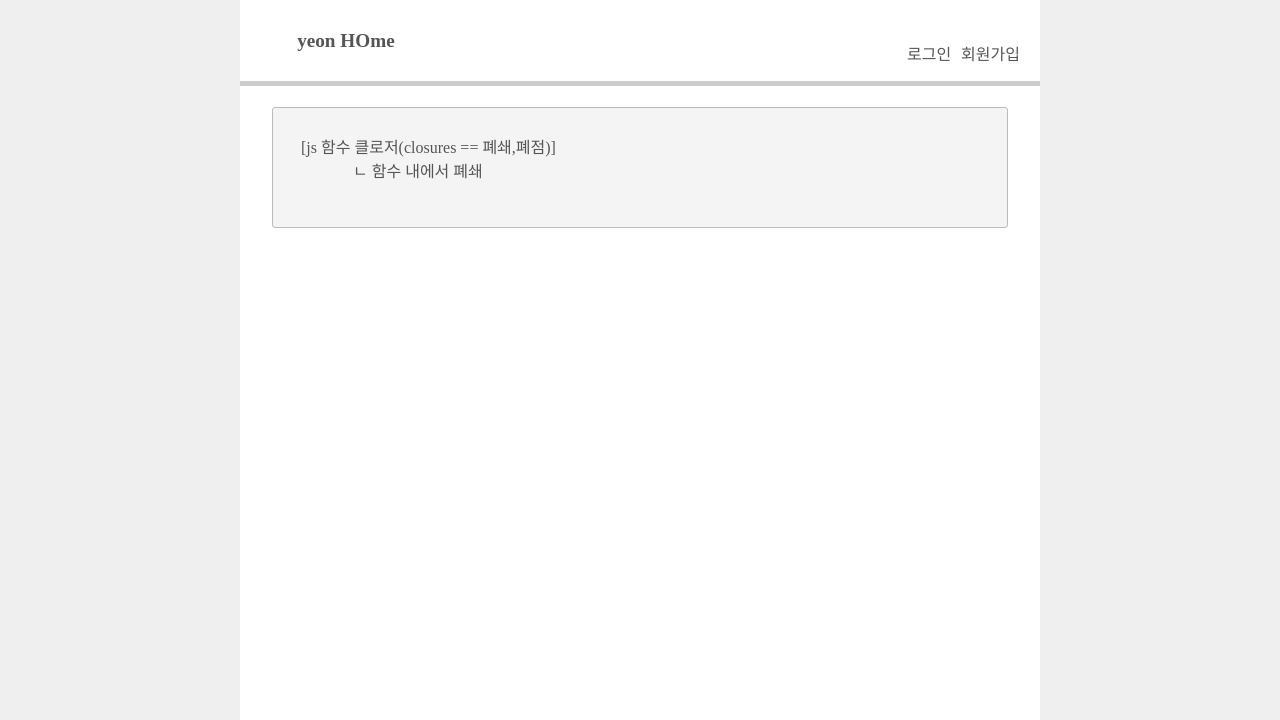
Repository: yeonhwa323/webPro
Page: webPro/src/main/webapp/javascript/days07/ex13.html
The author's editor kept a copy of each file at every save. The page is drawn from the files as they stood at one save, then again after a run of saves.
The browser window is 1280 px wide. The pictures show the whole page.
Some web fonts or font styles are not loaded; a fallback is used.

Above is the page before, as saved 2024-04-15 06:10:21.

### webPro/src/main/webapp/javascript/days07/ex13.html
<!DOCTYPE html>
<html>
<head>
<meta charset="UTF-8">
<meta name="viewport" content="width=device-width, initial-scale=1.0">
<title>Insert title here</title>
<link rel="shortcut icon" type="image/x-icon" href="http://localhost/webPro/images/SiSt.ico">
<script src="https://ajax.googleapis.com/ajax/libs/jquery/3.7.1/jquery.min.js"></script>
<link rel="stylesheet" href="http://localhost/webPro/resources/cdn-main/example.css">
<script src="http://localhost/webPro/resources/cdn-main/example.js"></script>
<style>
 span.material-symbols-outlined{
   vertical-align: text-bottom;
 }
</style>
</head>
<body>
<header>
  <h1 class="main"><a href="#" style="position: absolute;top:30px;">yeon HOme</a></h1>
  <ul>
    <li><a href="#">로그인</a></li>
    <li><a href="#">회원가입</a></li>
  </ul>
</header>
<div>
  <xmp class="code">
   [js 함수 클로저(closures == 폐쇄,폐점)]
   		ㄴ 함수 내에서 폐쇄

  </xmp>
</div>
</body>
</html>

### webPro/src/main/webapp/resources/cdn-main/example.css
@charset "UTF-8";

@import url('https://fonts.googleapis.com/css2?family=Material+Symbols+Outlined:opsz,wght,FILL,GRAD@20..48,100..700,0..1,-50..200');

@font-face {
    font-family: 'GmarketSansMedium';
    src: url('https://cdn.jsdelivr.net/gh/projectnoonnu/noonfonts_2001@1.1/GmarketSansMedium.woff') format('woff');
    font-weight: normal;
    font-style: normal;
}

:root {
	--text-color: #555;
	--sub-text-color: #777;
	--back-color: #EFEFEF;
	--header-color: #444;
	--primary-color: #DEDEDE;
	--secondary-color: #EFEFEF;
	--default-width: 800px;
	--narrow-width: 500px;
	--wide-width: 1200px;
	--text-font: 'GmarketSansMedium';
	--icon-font: 'Material Symbols Outlined';
	--border-color: #CCC;
}

html, body {
	margin: 0;
	padding: 0;
}

html {
	background-color: var(--back-color);
	display: flex;
	justify-content: center;
	min-height: 100vh;
}

body, body.default {
	width: var(--default-width);
	background-color: white;
	padding-bottom: 120px;
}

body.wide {
	width: var(--wide-width);
}

body.narrow {
	width: var(--narrow-width);
}



body, p, div, span, a, input, select, option, textarea, button, table, th, td, label, fieldset, legend {
	font-family: var(--text-font);
	color: var(--text-color);
}

h1, h2, h3 {
	font-family: var(--text-font);
	color: var(--header-color);
	padding: 0 1rem;
	padding-top: .5rem;
}

div > h1, div > h2, div > h3 {
	padding: 0;
}

body > div, body > main > div {
	padding: 0.3rem 1rem;
}


h1 { font-size: 2rem; border-bottom: 1px solid var(--border-color); }
h1 small { font-size: 1.2rem; color: var(--sub-text-color); }
h2 { font-size: 1.5rem; border-bottom: 1px dashed var(--border-color); }
h2 small { font-size: 1.1rem; color: --sub-text-color; }
h3 { font-size: 1.2rem; }
h3 small { font-size: 1rem; color: --sub-text-color; }



h1.main::before {
	font-family: var(--icon-font);
  	content: '\e666';
  	margin-right: 10px;
  	float: left;
	font-size: 2.5rem;
}

h1.sub::before {
	font-family: var(--icon-font);
  	content: '\ea19';
  	margin-right: 10px;
  	float: left;
	font-size: 2.5rem;
}


h1.page::before {
	font-family: var(--icon-font);
  	content: '\e0e0';
  	margin-right: 10px;
  	float: left;
	font-size: 2.5rem;
}

body > header > ul > li > .active{
	background-color: #FFF;
	color:#F00;
}

body > header {
	display: flex;
	justify-content: space-between;
	border-bottom: 5px solid var(--border-color);
	min-height: 74px;
	background-color: #FFF;
}

body > header.sticky {
	position: sticky;
	top: 0;
	z-index: 98;
}

body > header > h1 {
	font-size: 1.2rem;
	border: 0;
}

body > header.in > h1::before {
	font-family: var(--icon-font);
  	content: '\e332‥';
  	margin-right: 3px;
  	float: left;
	font-size: 2rem;
}


body > header > ul {
	list-style-type: none;
	display: flex;
	align-items: flex-end;
	margin-right: 10px;
}

body > header > ul > li {
	margin-right: 10px;
	cursor: pointer;
}

body > header > ul > li > a {
	cursor: pointer;
}


form {
	display: block;
}

form > div {
	padding: 0.3rem 1rem;
}

div > form > div {
	padding: 0.3rem 0;
}

input, textarea, button, select {
	border: 1px solid #BBB;
	border-radius: 3px;
	outline: none;
	resize: none;
	padding: 7px;
	margin: 0;
}

input[type=text]:read-only, textarea:read-only {
	cursor: not-allowed;
	background-color: #FFF;
}

input[type=text]:disabled, textarea:disabled {
	cursor: not-allowed;
	background-color: #EEE;
}

input[type=text], input[type=password], textarea, button, select {
	/* width: 300px; */
}

textarea {
	display: block;
	height: 100px;
}

input[type=button], input[type=submit], button {
	/* width: inherit; */
}

input.short, textarea.short, button.short, select.short {
	width: 100px;
}

input.long, textarea.long, button.long, select.long {
	width: 350px;
}

.narrow input.long, .narrow textarea.long, .narrow button.long, .narrow select.long {
	width: calc(100% - 20px);
}

input.full, textarea.full, button.full, select.full {
	width: calc(100% - 20px);
}

textarea.short {
	height: 50px;
}

textarea.long {
	height: 100px;
}

textarea.full {
	height: 200px;
}

input, textarea {
	padding-top: 8px;
}

input[type=button], input[type=submit], button {
	padding: 5px 10px;
	background-color: var(--secondary-color);
	cursor: pointer;
	min-height: 36px;
}

input[type=button].primary, input[type=submit].primary, button.primary {
	/* background-color: rgba(100, 149, 237, .2); */
	background-color: var(--primary-color);
}

input[type=button].primary:hover, input[type=submit].primary:hover, button.primary:hover {
	/* background-color: rgba(100, 149, 237, .3); */
	background-color: var(--secondary-color);
}

input[type=button]:hover, input[type=submit]:hover, button:hover {
	background-color: var(--primary-color);
}

button {
	position: relative;
	left: 0;
	top: 0;
	padding-left: 35px;
}

button .material-symbols-outlined {
	position: absolute;
	left: 10px;
	top: 4px;
}

/* k2nik add */
button.login::before {
	font-family: var(--icon-font);
  	content: '\ea77';
	position: absolute;
	left: 11px;
	top: 4px;
	font-size: 1.25rem;
}

/* k2nik logout */
button.logout::before {
	font-family: var(--icon-font);
  	content: '\e9ba';
	position: absolute;
	left: 11px;
	top: 4px;
	font-size: 1.25rem;
}

/* k2nik help */
button.help::before {
	font-family: var(--icon-font);
  	content: '\f1c0';
	position: absolute;
	left: 11px;
	top: 4px;
	font-size: 1.25rem;
}

button.add::before{
	font-family: var(--icon-font);
  	content: '\e746';
	position: absolute;
	left: 11px;
	top: 4px;
	font-size: 1.25rem;
}

button.back::before {
	font-family: var(--icon-font);
  	content: '\e166';
	position: absolute;
	left: 11px;
	top: 4px;
	font-size: 1.25rem;
}

button.list::before {
	font-family: var(--icon-font);
  	content: '\e0ee';
	position: absolute;
	left: 11px;
	top: 4px;
	font-size: 1.25rem;
}


button.del::before {
	font-family: var(--icon-font);
  	content: '\e872';
	position: absolute;
	left: 11px;
	top: 4px;
	font-size: 1.25rem;
}


button.edit::before {
	font-family: var(--icon-font);
  	content: '\e745';
	position: absolute;
	left: 11px;
	top: 4px;
	font-size: 1.25rem;
}


button.login::before {
	font-family: var(--icon-font);
  	content: '\ea77';
	position: absolute;
	left: 11px;
	top: 4px;
	font-size: 1.25rem;
}


button.logout::before {
	font-family: var(--icon-font);
  	content: '\e9ba';
	position: absolute;
	left: 11px;
	top: 4px;
	font-size: 1.25rem;
}


button.in::before {
	font-family: var(--icon-font);
  	content: '\f71a';
	position: absolute;
	left: 11px;
	top: 4px;
	font-size: 1.25rem;
}


button.out::before {
	font-family: var(--icon-font);
  	content: '\f70e';
	position: absolute;
	left: 11px;
	top: 4px;
	font-size: 1.25rem;
}


button.reply::before {
	font-family: var(--icon-font);
  	content: '\e15e';
	position: absolute;
	left: 11px;
	top: 4px;
	font-size: 1.25rem;
}


button.comment::before {
	font-family: var(--icon-font);
  	content: '\e0b9';
	position: absolute;
	left: 11px;
	top: 4px;
	font-size: 1.25rem;
}


button.modal::before {
	font-family: var(--icon-font);
  	content: '\e89e';
	position: absolute;
	left: 11px;
	top: 4px;
	font-size: 1.25rem;
}


button.ok::before {
	font-family: var(--icon-font);
  	content: '\e86c';
	position: absolute;
	left: 11px;
	top: 4px;
	font-size: 1.25rem;
}


button.cancel::before {
	font-family: var(--icon-font);
  	content: '\e5c9';
	position: absolute;
	left: 11px;
	top: 4px;
	font-size: 1.25rem;
}

button.search::before {
	font-family: var(--icon-font);
  	content: '\e8b6';
	position: absolute;
	left: 11px;
	top: 4px;
	font-size: 1.25rem;
}

button.home::before {
	font-family: var(--icon-font);
  	content: '\e88a';
	position: absolute;
	left: 11px;
	top: 4px;
	font-size: 1.25rem;
}


button.sidebar::before {
	font-family: var(--icon-font);
  	content: '\f7e4';
	position: absolute;
	left: 11px;
	top: 4px;
	font-size: 1.25rem;
}


button.sidebar-right::before {
	font-family: var(--icon-font);
  	content: '\f7e5';
	position: absolute;
	left: 11px;
	top: 4px;
	font-size: 1.25rem;
}




button::before {
	font-family: var(--icon-font);
  	content: '\e323';
	position: absolute;
	left: 11px;
	top: 4px;
	font-size: 1.25rem;
}


table {
	border-collapse: collapse;
	margin: 1rem;
	box-sizing: border-box;
	width: calc(100% - 32px);
}

table.content {
	width: auto;
}

div > table {
	margin: 0;
}

table th, table td {
	border: 1px solid var(--border-color);
	padding: 7px;
	font-weight: normal;
}

table th {
	background-color: var(--back-color);
}

table.vertical th {
	width: 150px;
}

table.vertical td {
	width: calc(100% - 182px);
	padding-left: 10px;
}

table.content td, table.content th {
	width: auto;
}

body.narrow table.vertical th {
	width: 100px;
}

body.narrow table.vertical td {
	width: calc(100% - 182px);
}


table + table {
	margin-top: 30px;
}


p {
	padding: 0 1rem;
}

a {
	text-decoration: none;
}

a:hover {
	color: rgba(255, 99, 71, .7);
}

hr {
	border: 0;
	border-top: 1px solid var(--border-color);
	margin: 2rem 0;
}

.message {
	border: 1px solid var(--border-color);
	background-color: #EFEFEF;
	margin: 1rem;
	width: auto;
	padding-top: 10px;
	padding-bottom: 10px;
	font-size: 14px;
}

.message[title]::before {
	content: attr(title);
	display: block;
	border-bottom: 1px solid var(--border-color);
	padding-bottom: 5px;
	margin-bottom: 10px;
	margin-top: 7px;
}

.message.short {
	max-width: 250px;
}

.message.long {
	max-width: 500px;
}

.badge {
	float: right;
	font-size: .8rem;
	margin-top: 2px;
	margin-right: 2px;
	text-shadow: 0 0 7px gray;
}

.badge.left {
	float: none;
	margin-left: 2px;
}

.badge.right {
	float: right;
}

.badge.red {
	border-radius: 50%;
	padding: 2px 5px;
	background-color: rgb(255, 99, 71, .3);
}

.badge.yellow {

	border-radius: 50%;
	padding: 2px 5px;
	background-color: rgb(255, 215, 0, .5);
}

.badge.blue {
	border-radius: 50%;
	padding: 2px 5px;
	background-color: rgb(100, 149, 237, .3);
}

label + label {
	margin-left: 7px;
}

label input[type=checkbox], label input[type=radio] {
	transform: translate(0, 1px);
}

.group {
	display: flex;
}

.modal-content .group {
	margin-bottom: .5rem;
}

.group label {
	border: 1px solid #BBB;
	border-radius: 3px;
	outline: none;
	resize: none;
	padding: 7px 14px;
	margin: 0;
	border-top-right-radius: 0;
	border-bottom-right-radius: 0;
	background-color: #EFEFEF;
	white-space: nowrap;
	font-size: 14px;
}

.group input[type=text] {
	margin-left: -1px;
	border-top-left-radius: 0;
	border-bottom-left-radius: 0;
}

.group select {
	margin-left: -1px;
	border-top-left-radius: 0;
	border-bottom-left-radius: 0;
}

.group input.full[type=text] {
	margin-left: -1px;
	border-top-left-radius: 0;
	border-bottom-left-radius: 0;
	width: 100%;
}

.group input[type=button]:first-child, .group button:first-child {
	border-top-left-radius: 3px;
	border-bottom-left-radius: 3px;
	margin-left: 0px;
}

.group input[type=button], .group button {
	border-radius: 0;
	margin-left: -1px;
}

.group input[type=button]:last-child, .group button:last-child {
	margin-left: -1px;
	border-top-right-radius: 3px;
	border-bottom-right-radius: 3px;
}

.seperate {
	display: flex;
	justify-content: space-between;
}

div.list {
	width: max-content;
	margin: 1rem;
	border: 1px solid #BBB;
	border-radius: 3px;
	padding: 0;
}

div.list.full {
	width: auto;
	display: block;
	margin: 1rem;
	border: 1px solid #BBB;
	border-radius: 3px;
	padding: 0;
}

div.list > div {
	padding: .5rem 1rem;
	margin: 0;
	border-bottom: 1px solid #BBB;
}

div.list > div:last-child {
	border-bottom: 0;
}

pre.code , xmp.code{
	font-family: consols;
	background-color: rgba(150, 150, 150, .1);
	border: 1px solid #BBB;
	border-radius: 3px;
	padding: .5rem 1rem;
	padding-bottom: .6rem;
	margin: 1rem;
}




*[data-modal-window] {
	position: fixed;
	background-color: rgba(0, 0, 0, .3);
	left: 0;
	top: 0;
	display: none;
	justify-content: center;
	align-items: flex-start;
	width: 100%;
	min-height: 100vh;
	z-index: 100;
	opacity: 0;
	transition: 500ms all;
}

*[data-modal-window] .modal-container {
	border-radius: 5px;
	padding: 1rem;
	padding-bottom: .5rem;
	margin-top: -500px;
	opacity: 0;
	width: 500px;
	background-color: #FFF;
	margin-right: 2rem;
	transition: 500ms all;
}

*[data-modal-size=content] .modal-container {
	width: auto;
}

*[data-modal-size=narrow] .modal-container {
	width: 300px;
}

*[data-modal-size=wide] .modal-container {
	width: 760px;
}


*[data-modal-window] .modal-header {
	border-bottom: 1px solid var(--border-color);
	padding: 2px 5px;
}

*[data-modal-window] .modal-content {
	padding: 1rem 5px;
}

*[data-modal-window] .modal-content div:last-child {
	margin-top: 1rem;
	text-align: right;
}



*[data-sidebar-window] {
	position: fixed;
	background-color: #FFF;
	left: 0;
	top: 0;
	display: block;
	width: 300px;
	border-right: 1px solid var(--border-color);
	box-sizing: border-box;
	box-shadow: 0 0 3px var(--back-color);
	min-height: 100vh;
	z-index: 99;
	transform: translate(-300px, 0);
	transition-duration: 500ms;
	transition-property: transform;
}

*[data-sidebar-direction=right] {
	left: auto;
	right: 0;
	transform: translate(300px, 0);
	border-left: 1px solid var(--border-color);
}

*[data-sidebar-size=wide] {
	width: 500px;
	transform: translate(-500px, 0);
}

*[data-sidebar-window] .sidebar-title {
	border-bottom: 1px solid var(--border-color);
	margin-top: 20px;
	margin-bottom: 20px;
	padding-bottom: 5px;
	display: flex;
	justify-content: space-between;
}

*[data-sidebar-window] .sidebar-title span:last-child {
	cursor: pointer;
}


/* K2Nik pagination */
.center {
  text-align: center;
}

.pagination {
  display: inline-block;
}

.pagination a {
  color: black;
  float: left;
  padding: 3px 6px;
  text-decoration: none;
  transition: background-color .3s;
  border: 1px solid #ddd;
  margin: 0 3px;
}

.pagination a.active {
  background-color: #4CAF50;
  color: white;
  border: 1px solid #4CAF50;
}

.pagination a:hover:not(.active) {background-color: #ddd;}

### webPro/src/main/webapp/resources/cdn-main/example.js

window.onload = () => {

    const list = document.querySelectorAll('input, textarea');

    list.forEach(item => {
        item.setAttribute('autocomplete', 'off');
    });


    const modal_btn_list = document.querySelectorAll('*[data-modal-button]');

    modal_btn_list.forEach(item => {
        item.onclick = function() {

            const name = this.dataset['modalButton'];
            const modal_window = document.querySelector('*[data-modal-window=' + name);

            const container = document.createElement('div');
            container.className = 'modal-container';



            const modal_header = document.createElement('div');
            modal_header.textContent = modal_window.dataset['modalTitle'];
            modal_header.className = 'modal-header';
            container.appendChild(modal_header);

            const modal_content = document.createElement('div');
            modal_content.className = 'modal-content';
            container.appendChild(modal_content);

            Array.from(modal_window.childNodes).forEach(item => {
                modal_content.appendChild(item);
            });

            modal_window.appendChild(container);

            modal_window.style.display = 'flex';

            setTimeout(() => {
                modal_window.style.opacity = 1;
                container.style.marginTop = '20px';
                container.style.opacity = 1;
            }, 50);


            const modal_ok = document.querySelector('*[data-modal-ok=' + name);
            modal_ok.addEventListener('click', function() {
                modal_window.style.opacity = 0;
                container.style.marginTop = '-500px';
                container.style.opacity = 0;

                setTimeout(() => {
                    modal_window.innerHTML = modal_content.innerHTML;
                    modal_window.style.display = 'none';
                }, 500);

            });

            const modal_cancel = document.querySelector('*[data-modal-cancel=' + name);
            modal_cancel.addEventListener('click', function() {

                modal_window.style.opacity = 0;
                container.style.marginTop = '-500px';
                container.style.opacity = 0;

                setTimeout(() => {
                    modal_window.innerHTML = modal_content.innerHTML;
                    modal_window.style.display = 'none';
                }, 500);
            });


        };
    });


    const sidebar_btn_list = document.querySelectorAll('*[data-sidebar-button]');

    sidebar_btn_list.forEach(item => {
        item.onclick = function() {



            const name = this.dataset['sidebarButton'];
            const sidebar_window = document.querySelector('*[data-sidebar-window=' + name);

            if (sidebar_window.style.transform == 'translate(0px, 0px)') return;



            sidebar_window.style.transform = 'translate(0, 0)';

            const sidebar_title = document.createElement('div');
            sidebar_title.className = 'sidebar-title';
            sidebar_title.innerHTML = '<span>' + sidebar_window.dataset['sidebarTitle'] + '</span><span class="material-symbols-outlined">close</span>';

            sidebar_title.children[1].onclick = function() {

                let sign = 1;
                let distance = 300;

                if (sidebar_window.dataset['sidebarDirection'] != 'right') {
                    sign = -1;
                } else {
                    sign = 1;
                }

                if (sidebar_window.dataset['sidebarSize'] != 'wide') {
                    distance = 300;
                } else {
                    distance = 500;
                }

                distance *= sign;

                sidebar_window.style.transform = 'translate(' + distance + 'px, 0)';

                setTimeout(function() {
                    sidebar_window.removeChild(sidebar_window.children[0]);
                }, 500);
            };


            sidebar_window.prepend(sidebar_title);

        }
    });

};

// window.onkeydown = function(event) {

//     if (event.keyCode == 27) {
//         if (document.querySelector('[data-modal-window').style.display == 'flex') {
//             document.querySelector('[data-modal-window').style.display = 'none';
//         }
//     }

// };

After the next 2 saves:
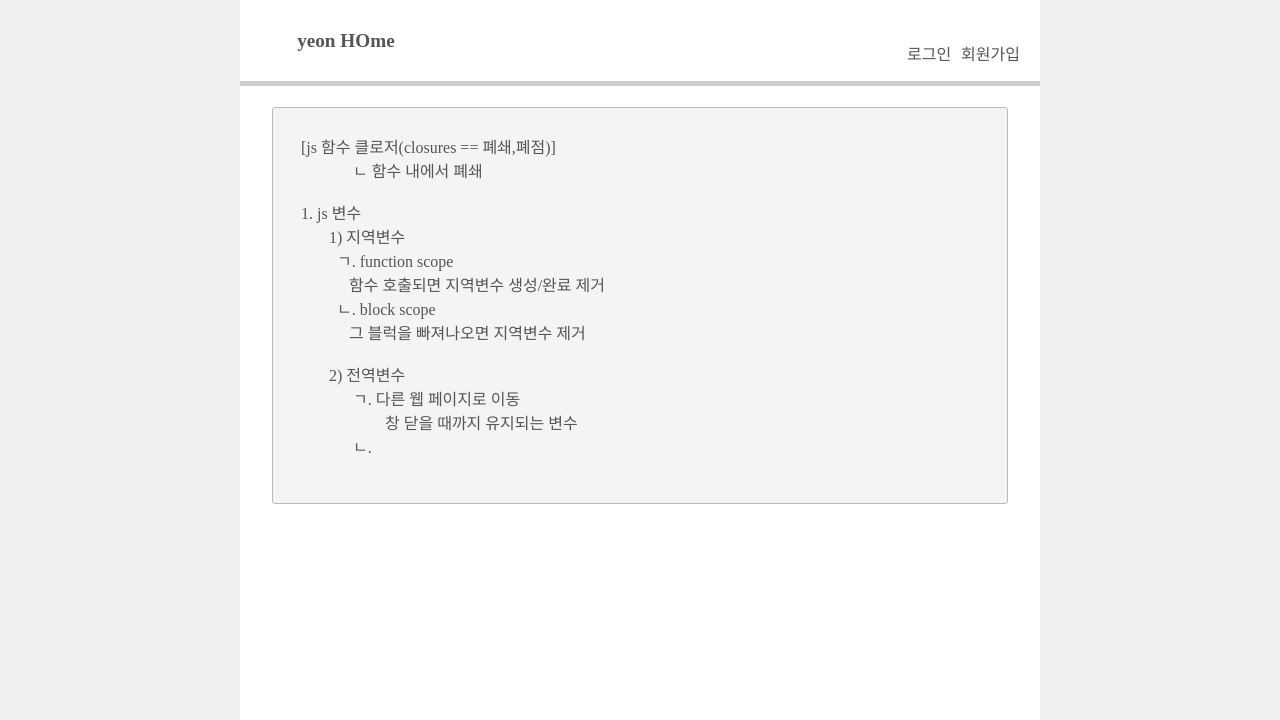
The 2 saves are shown as one change because they came seconds apart.
The last was saved 111 s later.
--- a/webPro/src/main/webapp/javascript/days07/ex13.html
+++ b/webPro/src/main/webapp/javascript/days07/ex13.html
@@ -27,6 +27,18 @@
    [js 함수 클로저(closures == 폐쇄,폐점)]
    		ㄴ 함수 내에서 폐쇄
 
+   1. js 변수
+   	  1) 지역변수
+   	    ㄱ. function scope
+   	       함수 호출되면 지역변수 생성/완료 제거
+   	    ㄴ. block scope
+   	       그 블럭을 빠져나오면 지역변수 제거
+
+   	  2) 전역변수
+   	  	ㄱ. 다른 웹 페이지로 이동
+   	  		창 닫을 때까지 유지되는 변수
+   	  	ㄴ.
+
   </xmp>
 </div>
 </body>
